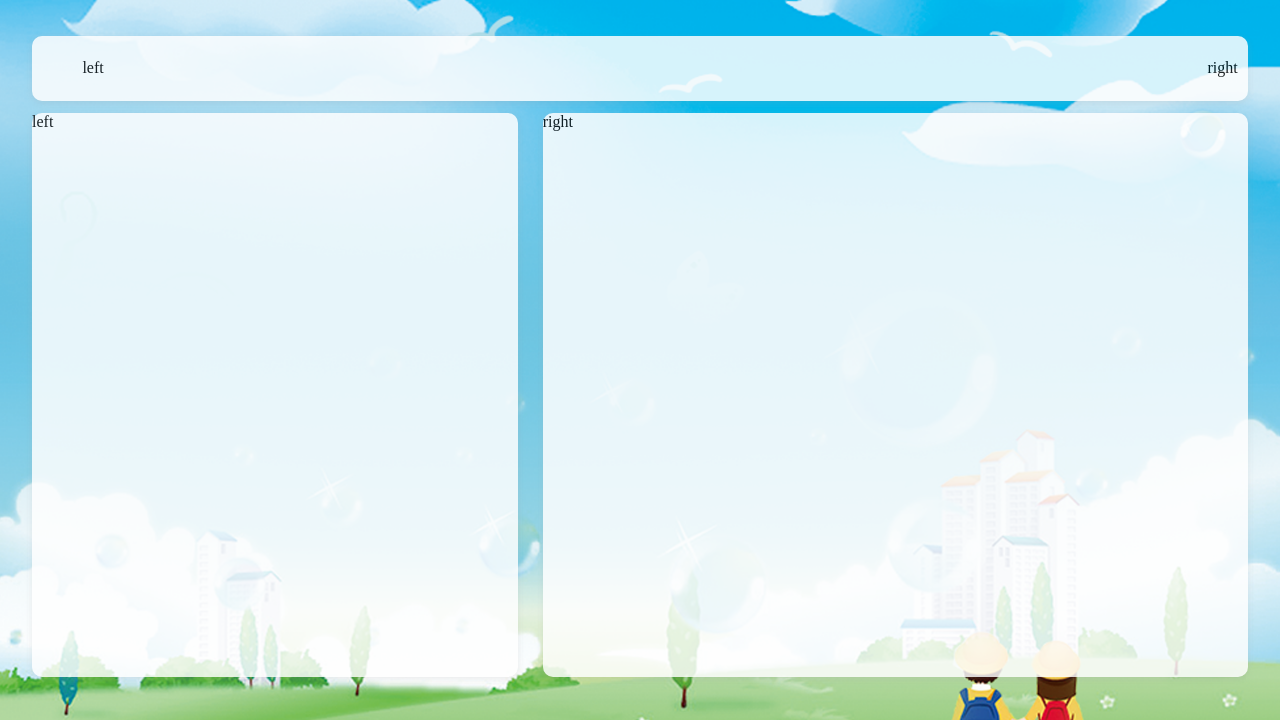
Repository: huangdesheng/classBrand
Page: / (app in classBrand/)
These files come from the project's save history. The page is drawn as it stood at one moment and after the next save; the edit follows.
The browser window is 1280 px wide. The pictures show the whole page.
The project was rebuilt for these pictures with package versions that can differ from the ones it lists, and the page was loaded fresh each time.

Above is the page before, as saved 2019-08-23 09:57:05.

After the next save:
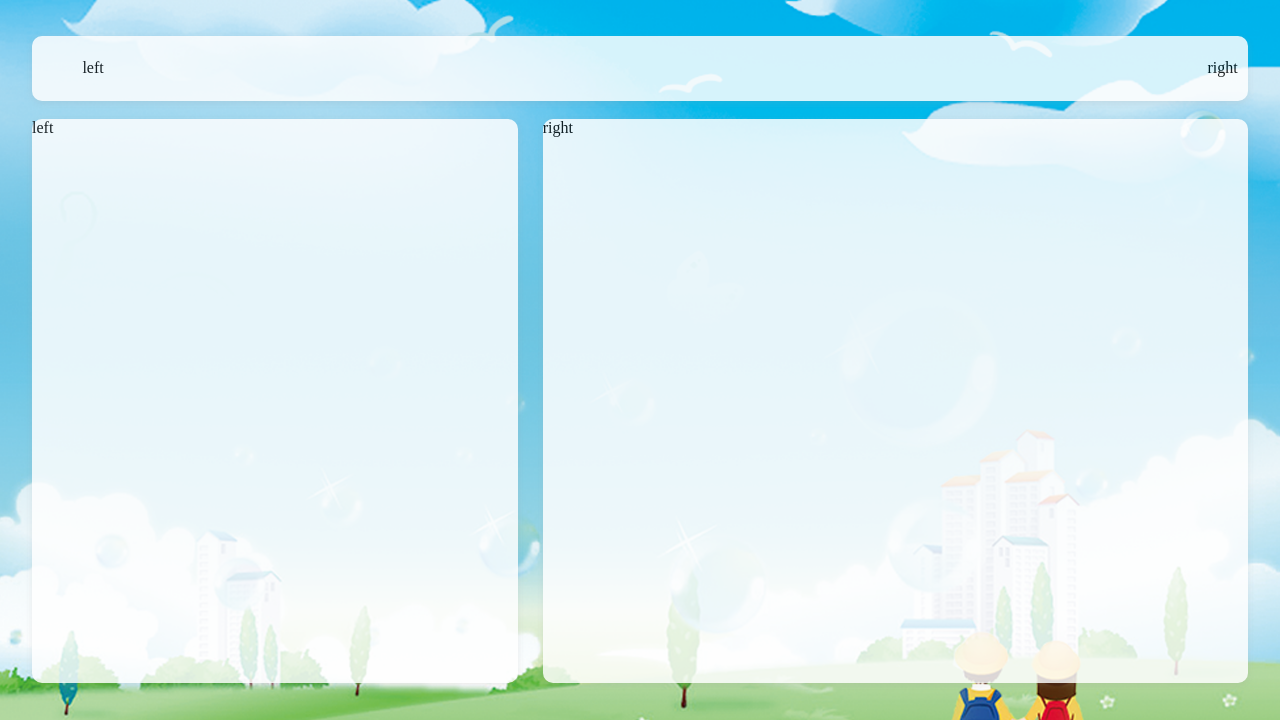
Saved 8 s later.
--- a/classBrand/src/views/index/index.vue
+++ b/classBrand/src/views/index/index.vue
@@ -49,7 +49,7 @@ export default {};
   section {
     .flex;
     width: 100%;
-    margin-top: 1%;
+    margin-top: 1.5%;
     height: 87%;
     aside {
       .bt;
